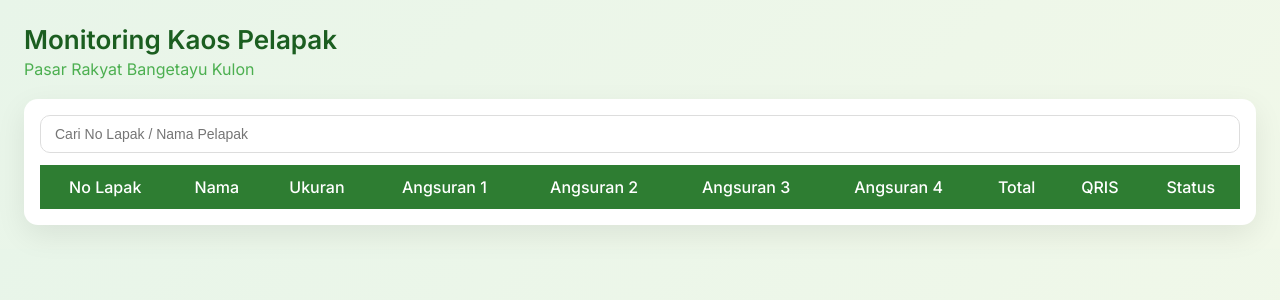
Repository: pasarrakyatbak/monitoringpembayarankaos
Page: index.html
An editor plug-in stored every save of this project. The page is shown before and after the next save, followed by the edit.
The browser window is 1280 px wide. The pictures show the whole page.
The page's requests for data from a server got no answer.

Above is the page before, as saved 2026-01-04 13:39:42.

After the next save:
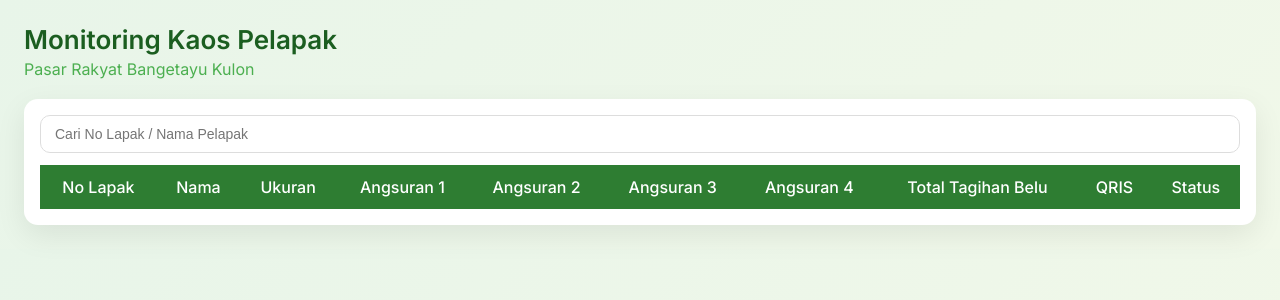
Saved 11 s later.
--- a/index.html
+++ b/index.html
@@ -37,7 +37,7 @@
                         <th>Angsuran 2</th>
                         <th>Angsuran 3</th>
                         <th>Angsuran 4</th>
-                        <th>Total</th>
+                        <th>Total Tagihan Belu</th>
                         <th>QRIS</th>
                         <th>Status</th>
                     </tr>
